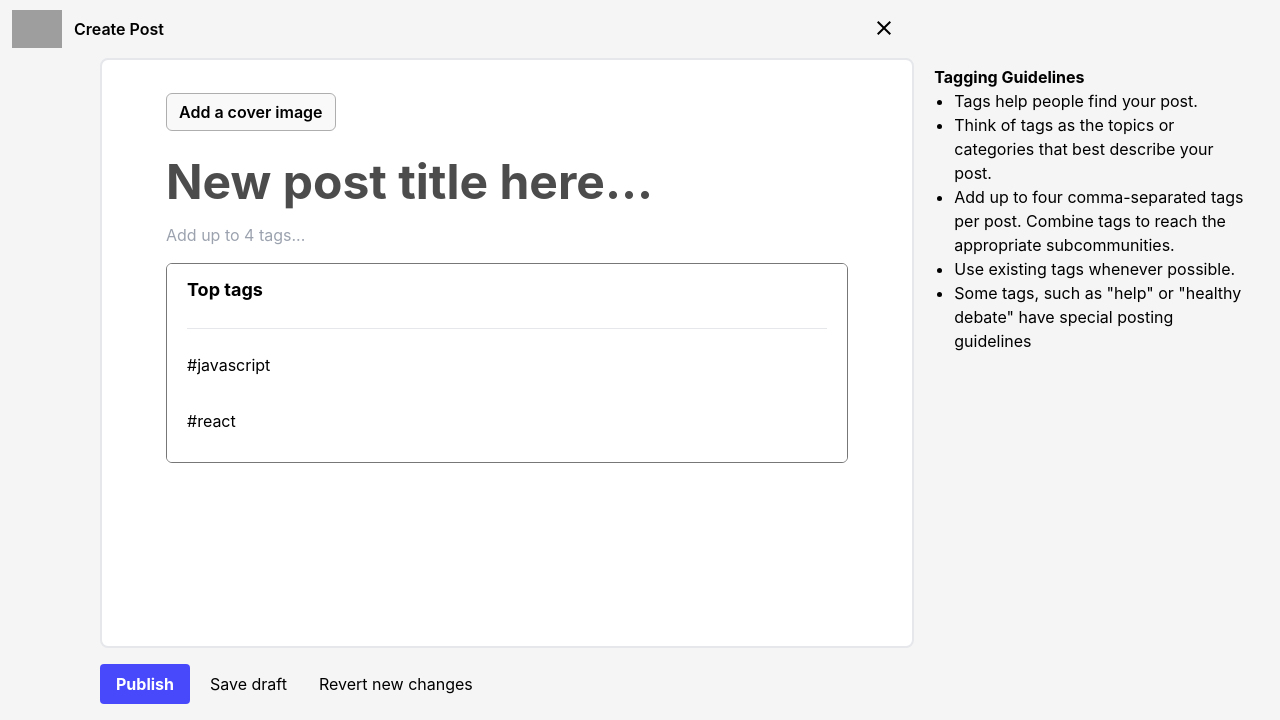
Repository: dat-nguyen-2001/Dev.to
Page: /new (app in client/)
An editor plug-in stored every save of this project. The page is shown before and after the next save, followed by the edit.
The browser window is 1280 px wide. The pictures show the whole page.
Pictures or frames that could not be fetched are drawn as grey boxes. An inner scrolling area shows only its first screen. The project was rebuilt for these pictures with package versions that can differ from the ones it lists, and the page was loaded fresh each time. Also part of the build but not shown: client/src/components/Footer.tsx, client/src/components/nav/GuestNav.tsx, client/src/components/nav/NavBar.tsx, client/src/components/Layout.tsx, client/src/pages/about.tsx, client/src/components/SignInForm.tsx, client/src/components/SignInPlatform.tsx, client/src/pages/enter.tsx and 1 more.

Above is the page before, as saved 2022-09-25 12:02:29.

### client/public/index.html
<!DOCTYPE html>
<html lang="en">
  <head>
    <meta charset="utf-8" />
    <link rel="icon" href="%PUBLIC_URL%/dev.to-icon.png" />
    <meta name="viewport" content="width=device-width, initial-scale=1" />
    <meta name="theme-color" content="#000000" />
    <meta
      name="description"
      content="Web site created using create-react-app"
    />
  </head>
  <body>
    <noscript>You need to enable JavaScript to run this app.</noscript>
    <div id="root"></div>
  </body>
</html>

### client/src/index.tsx
import React from 'react';
import ReactDOM from 'react-dom/client';
import './index.css';
import App from './App';
import reportWebVitals from './reportWebVitals';

const root = ReactDOM.createRoot(
  document.getElementById('root') as HTMLElement
);
root.render(
  <React.StrictMode>
      <App />
  </React.StrictMode>
);

// If you want to start measuring performance in your app, pass a function
// to log results (for example: reportWebVitals(console.log))
// or send to an analytics endpoint. Learn more: https://bit.ly/CRA-vitals
reportWebVitals();

### client/src/index.css
@tailwind base;
@tailwind components;
@tailwind utilities;

body {
  margin: 0;
  font-family: -apple-system, BlinkMacSystemFont, 'Segoe UI', 'Roboto', 'Oxygen',
    'Ubuntu', 'Cantarell', 'Fira Sans', 'Droid Sans', 'Helvetica Neue',
    sans-serif;
  -webkit-font-smoothing: antialiased;
  -moz-osx-font-smoothing: grayscale;
  background-color: #f5f5f5;
}

code {
  font-family: source-code-pro, Menlo, Monaco, Consolas, 'Courier New',
    monospace;
}


.space-between {
  justify-content: space-between;
}

.icon {
  @apply w-9 h-9 hover:text-[blue]/70 hover:bg-[#e2e3f3] text-center cursor-pointer rounded py-1
}

/* make words between a line */

.linedWord::before, .linedWord::after {
  content: "";
  flex: 1 1;
  border-bottom : 1px solid black;
  margin: auto
}

.linedWord::before {
  margin-right: 5px
}

.linedWord::after {
  margin-left: 5px
}

.registerInput {
  @apply h-[40px] border-[1px] rounded pl-1
}

### client/src/App.tsx
import {
  BrowserRouter as Router,
  Routes,
  Route,
} from 'react-router-dom';

import AboutPage from './pages/about';
import SignIn from './pages/enter';
import HomePage from './pages/home';
import New from './pages/new';

function App() {
  return (<Router>
    <Routes>
    <Route path='/' element={< HomePage />}></Route>
      <Route path='/about' element={< AboutPage />}></Route>
      <Route path='/enter' element={< SignIn />}></Route>
      <Route path='/new' element={< New />}></Route>
    </Routes>
  </Router>

  );
}

export default App;

### client/src/pages/new.tsx
import ClearIcon from '@mui/icons-material/Clear';
import FormatListNumberedIcon from '@mui/icons-material/FormatListNumbered';
import FormatListBulletedIcon from '@mui/icons-material/FormatListBulleted';
import FormatBoldIcon from '@mui/icons-material/FormatBold';
import FormatItalicIcon from '@mui/icons-material/FormatItalic';
import ImageIcon from '@mui/icons-material/Image';
import AttachmentIcon from '@mui/icons-material/Attachment';
import MoreVertIcon from '@mui/icons-material/MoreVert';
import FormatQuoteIcon from '@mui/icons-material/FormatQuote';
import CodeIcon from '@mui/icons-material/Code';
import BoltIcon from '@mui/icons-material/Bolt';
import { useEffect, useState } from 'react';

const New = () => {

    //Handle creating new article
    const createArticle = () => {
        console.log('created!')
    }

    //Preview image uploaded by user
    const [url, setUrl] = useState<string>('')
    const handlePreviewImage = (e: any) => {
        const file = e.target.files[0];
        const url = URL.createObjectURL(file);
        setUrl(url)
    }

    //Handle tags
    const tags = ["javascript", "react", "python", "dev's life", "programming", "css", "html", "typescript", "mongodb"]

    // Resize textarea when typing
    const textarea = document.querySelector('textarea');
    const handleResize = (e: any) => {
        const area = e.target;
        area.style.height = "auto";
        area.style.height = area.scrollHeight + "px";
    }
    if (textarea !== null) {
        textarea.addEventListener('input', handleResize)
    }


    return (
        <div className='md:grid grid-cols-4 bg-[#f5f5f5] lg:grid-cols-7 2xl:pl-[100px]'>
            <div className='flex flex-col content-center h-screen col-span-3 lg:col-span-5'>
                <div className='h-[8vh] flex items-center space-between px-3'>
                    <div className='flex items-center space-x-3'>
                        <a href='/' className='hidden md:inline'>
                            <img src="https://dev-to-uploads.s3.amazonaws.com/uploads/logos/resized_logo_UQww2soKuUsjaOGNB38o.png" width={50} className="cursor-pointer" />
                        </a>
                        <p className='font-semibold'>Create Post</p>
                    </div>
                    <div className='icon'>
                        <a href='/'>
                            <ClearIcon />
                        </a>
                    </div>
                </div>
                <div className='overflow-y-auto bg-white h-[82vh] border-[2px] rounded-lg flex flex-col py-3 md:py-10 px-2 md:px-16 space-y-5 lg:ml-[100px]'>
                    <form>
                        <input type="file" name='file' id='file' onChange={handlePreviewImage} className='w-0 h-0 opacity-0 overflow-hidden absolute z-[-1] ' />
                        <label htmlFor='file' className='bg-[#f9f9f9] font-semibold px-3 py-2 cursor-pointer rounded-md border-black/30 border-[1.5px]'>Add a cover image</label>
                    </form>

                    {/* preview image */}
                    {url !== "" &&
                        <div className='flex items-center space-x-10'>
                            <img src={url} width={200} />
                            <button className='text-lg px-3 py-1 text-[red] hover:bg-[#eeeeee] rounded-md' onClick={() => setUrl('')}>Remove</button>
                        </div>}

                    <form>
                        <input placeholder='New post title here...' className='text-3xl md:text-4xl lg:text-5xl w-full h-[130%] outline-none font-bold placeholder-black/70' />
                    </form>
                    <form className='relative'>
                        <input placeholder='Add up to 4 tags...' className='w-full outline-none' />
                        <div className='z-[100] absolute top-10 flex flex-col space-y-3 px-5 bg-white w-full border-[.1em] border-solid border-[#777] rounded-md max-h-[200px] overflow-y-auto'>
                            <h2 className='text-lg font-bold py-3'>Top tags</h2>
                            <hr></hr>
                            <ul className='flex flex-col space-y-2 cursor-pointer'>
                                {tags.map(tag => (
                                    <li key={tag} className='py-3'>#{tag}</li>
                                ))}
                            </ul>
                        </div>
                    </form>
                    <div className='bg-[#f9f9f9] w-full'>
                        <div className='flex space-between py-4 px-2 '>
                            <div className='flex space-x-3'>
                                <div className='icon'>
                                    <FormatBoldIcon />
                                </div>
                                <div className='icon'>
                                    <FormatItalicIcon />
                                </div>
                                <div className='icon hidden sm:inline'>
                                    <AttachmentIcon />
                                </div>
                                <div className='icon'>
                                    <FormatListNumberedIcon />
                                </div>
                                <div className='icon'>
                                    <FormatListBulletedIcon />
                                </div>
                                <div className='icon hidden md:inline'>
                                    <FormatQuoteIcon />
                                </div>
                                <div className='icon hidden md:inline'>
                                    <CodeIcon />
                                </div>
                                <div className='icon hidden md:inline'>
                                    <BoltIcon />
                                </div>
                                <div className='icon'>
                                    <ImageIcon />
                                </div>
                            </div>
                            <div className='icon'>
                                <MoreVertIcon />
                            </div>
                        </div>

                    </div>
                    <div className='w-full'>
                        <textarea placeholder='Write your post content here...' className='outline-none text-lg w-full' />
                    </div>
                </div>
                <div className='h-[10vh] flex items-center px-3 space-x-2 lg:ml-[100px] lg:px-0'>
                    <button className='px-4 py-2 rounded bg-[blue]/70 hover:bg-[blue] text-white font-bold text-base' onClick={createArticle}>Publish</button>
                    <button className='px-3 py-2 rounded hover:text-[blue]/70 hover:bg-[#e2e3f3]'>Save draft</button>
                    <button className='hidden sm:inline px-3 py-2 rounded hover:text-[blue]/70 hover:bg-[#e2e3f3] text-md'>Revert new changes</button>
                </div>
            </div>

            <div className='hidden md:inline col-span-1 lg:col-span-2 h-[82vh] my-auto px-2 lg:px-5 md:mr-4'>
                <h1 className='font-bold'>Tagging Guidelines</h1>
                <ul className='text-[14px] lg:text-base list-disc pl-5 '>
                    <li>Tags help people find your post.</li>
                    <li>Think of tags as the topics or categories that best describe your post.</li>
                    <li>Add up to four comma-separated tags per post. Combine tags to reach the appropriate subcommunities.</li>
                    <li>Use existing tags whenever possible.</li>
                    <li>Some tags, such as "help" or "healthy debate" have special posting guidelines</li>
                </ul>
            </div>

        </div>
    )
}

export default New

Loaded but not shown: client/src/reportWebVitals.ts (common file); client/tailwind.config.js (common file)

After the next save:
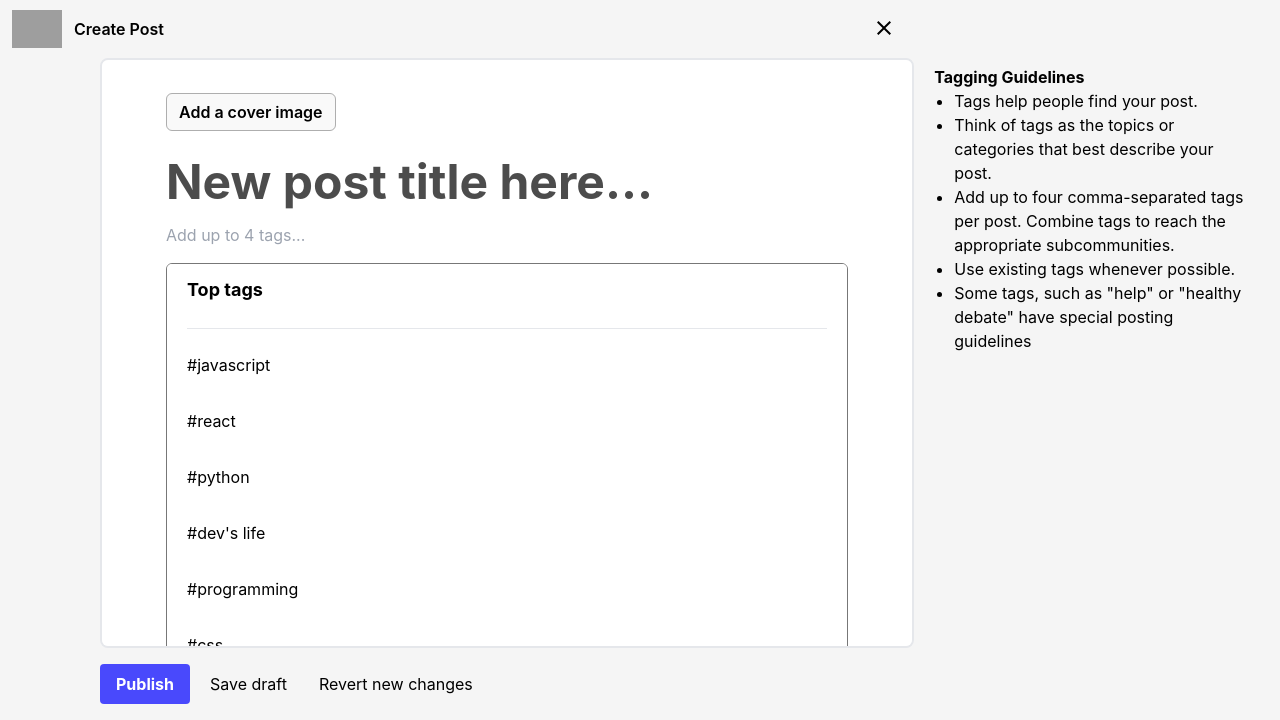
Saved 13 s later.
--- a/client/src/pages/new.tsx
+++ b/client/src/pages/new.tsx
@@ -75,7 +75,7 @@ const New = () => {
                     </form>
                     <form className='relative'>
                         <input placeholder='Add up to 4 tags...' className='w-full outline-none' />
-                        <div className='z-[100] absolute top-10 flex flex-col space-y-3 px-5 bg-white w-full border-[.1em] border-solid border-[#777] rounded-md max-h-[200px] overflow-y-auto'>
+                        <div className='z-[100] absolute top-10 flex flex-col space-y-3 px-5 bg-white w-full border-[.1em] border-solid border-[#777] rounded-md max-h-[500px] overflow-y-auto'>
                             <h2 className='text-lg font-bold py-3'>Top tags</h2>
                             <hr></hr>
                             <ul className='flex flex-col space-y-2 cursor-pointer'>
